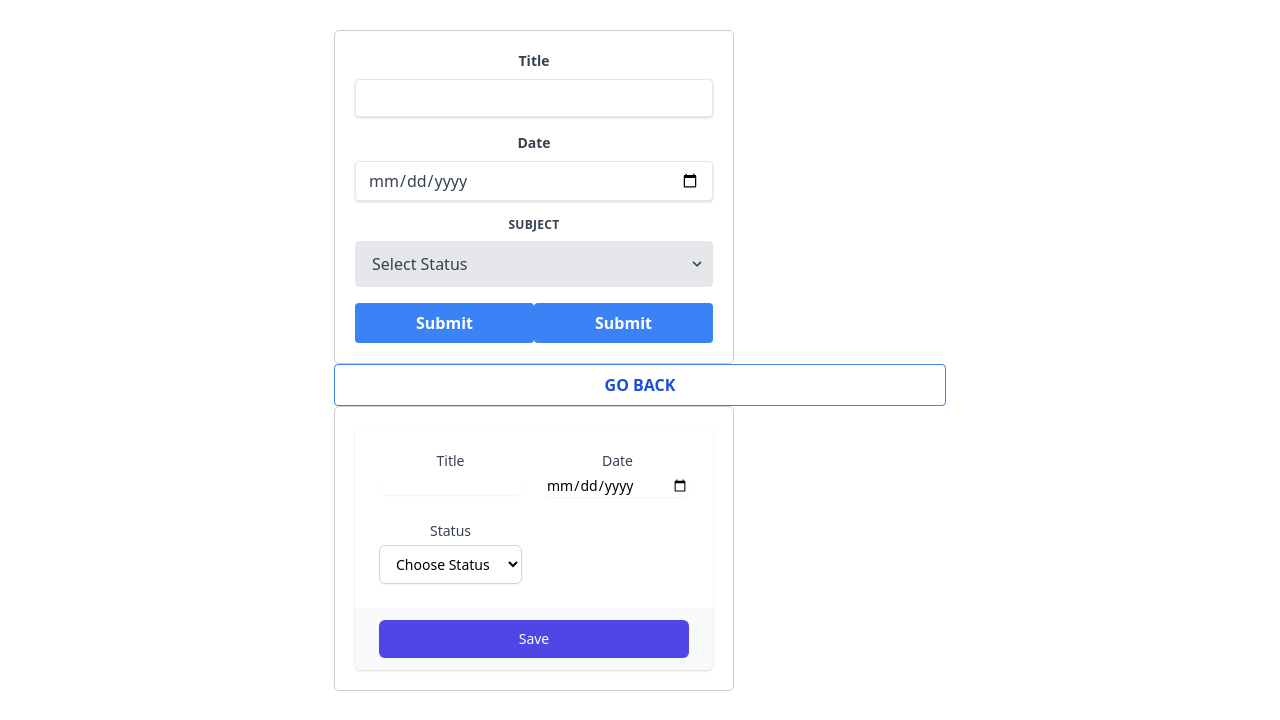
Repository: maikeru-desu/parking-lot
Page: /add (app in parking-lot-fe/)
The author's editor kept a copy of each file at every save. The page is drawn from the files as they stood at one save, then again after the next save.
The browser window is 1280 px wide. The pictures show the whole page.
The project was rebuilt for these pictures with package versions that can differ from the ones it lists, and the page was loaded fresh each time. Also part of the build but not shown: parking-lot-fe/craco.config.js, parking-lot-fe/src/pages/Home.js, parking-lot-fe/src/pages/Edit.js.

Above is the page before, as saved 2021-10-14 06:59:43.

### parking-lot-fe/src/index.js
import React from 'react';
import ReactDOM from 'react-dom';
import './index.css';
import App from './App';
import {Provider} from "react-redux";
import {BrowserRouter} from "react-router-dom";
import reportWebVitals from './reportWebVitals';
import store from './redux/store';

ReactDOM.render(
    <React.StrictMode>
        <BrowserRouter>
            <Provider store={store}>
                <App />
            </Provider>
        </BrowserRouter>
    </React.StrictMode>,
    document.getElementById('root')
);

// If you want to start measuring performance in your app, pass a function
// to log results (for example: reportWebVitals(console.log))
// or send to an analytics endpoint. Learn more: https://bit.ly/CRA-vitals
reportWebVitals();

### parking-lot-fe/src/App.js
import logo from './logo.svg';
import './App.css';
import {Switch, Route} from "react-router-dom";
import Home from './pages/Home';
import Add from './pages/Add';
import Edit from './pages/Edit';

function App() {
  return (
    <div className="App">
        <Switch>
            <Route exact path="/" component={Home} />
            <Route exact path="/add" component={Add} />
            <Route exact path="/edit/:id" component={Edit} />
        </Switch>
    </div>
  );
}

export default App;

### parking-lot-fe/src/redux/store.js
import {createStore, applyMiddleware} from "redux";
import logger from "redux-logger";
import reduxThunk from "redux-thunk";
import rootReducer from "./root-reducer";

const middlewares = [reduxThunk];

if (process.env.NODE_ENV === "development") {
    middlewares.push(logger)
}

const store = createStore(rootReducer, applyMiddleware(...middlewares));

export default store;

### parking-lot-fe/src/pages/Add.js
import React, {useState} from 'react'
import { useHistory } from 'react-router-dom';
import { useDispatch } from 'react-redux';
import { addEvent } from '../redux/actions';
import '../form.css';

const Add = () => {
    const [state, setState] = useState({
        title: "",
        date: "",
        status: ""
    });

    const [error, setError] = useState("");

    let history = useHistory();
    let dispatch = useDispatch();
    const {title, date, status} = state;

    const handleChange = (e) => {
        let {name, value} = e.target;
        console.log(value);
        setState({...state, [name]: value});
    }

    const handleSubmit = (e) => {
        e.preventDefault();
        console.log(state);
        if (!title || !date || !status) {
            setError("All fields are required");
        } else {
            dispatch(addEvent(state));
            history.push('/');
            setError("");
        }
    }
    return (
        <div>
            <form action="">
                <div className="mb-4">
                    <label className="block text-gray-700 text-sm font-bold mb-2" for="name">
                        Title
                    </label>
                    <input
                        name="title"
                        id="title"
                        value={title}
                        type={title}
                        onChange={handleChange}
                        className="shadow appearance-none border rounded w-full py-2 px-3 text-gray-700 leading-tight focus:outline-none focus:shadow-outline"
                    />
                </div>
                <div className="mb-4">
                    <label className="block text-gray-700 text-sm font-bold mb-2" for="name">
                        Date
                    </label>
                    <input
                        type="date"
                        name="date"
                        id="date"
                        value={date}
                        onChange={handleChange}
                        className="shadow appearance-none border rounded w-full py-2 px-3 text-gray-700 leading-tight focus:outline-none focus:shadow-outline"
                    />
                </div>
                <div className="mb-4">
                    <label className="block uppercase tracking-wide text-gray-700 text-xs font-bold mb-2" for="grid-state">
                        Subject
                    </label>
                    <div className="relative">
                        <select
                            id="status"
                            name="status"
                            value={status}
                            onChange={handleChange}
                            className="block appearance-none w-full bg-gray-200 border border-gray-200 text-gray-700 py-3 px-4 pr-8 rounded leading-tight focus:outline-none focus:bg-white focus:border-gray-500">
                            <option>Select Status</option>
                            <option value="0">Pending</option>
                            <option value="2">Ongoing</option>
                            <option value="1">Done</option>
                        </select>
                        <div className="pointer-events-none absolute inset-y-0 right-0 flex items-center px-2 text-gray-700">
                            <svg className="fill-current h-4 w-4" xmlns="http://www.w3.org/2000/svg" viewBox="0 0 20 20">
                                <path d="M9.293 12.95l.707.707L15.657 8l-1.414-1.414L10 10.828 5.757 6.586 4.343 8z" />
                            </svg>
                        </div>
                    </div>
                </div>
                <div className="flex items-center justify-between">
                    <button
                        className="bg-blue-500 hover:bg-blue-700 text-white font-bold py-2 px-4 rounded focus:outline-none focus:shadow-outline"
                        type="button">
                        Submit
                    </button>
                    <button
                        className="bg-blue-500 hover:bg-blue-700 text-white font-bold py-2 px-4 rounded focus:outline-none focus:shadow-outline"
                        type="button">
                        Submit
                    </button>
                </div>
            </form>

            <button onClick={ () => history.push("/") } className="bg-transparent hover:bg-blue-500 text-blue-700 font-semibold hover:text-white py-2 px-4 border border-blue-500 hover:border-transparent rounded">
                GO BACK
            </button>
            {error && <h3 className="text-red-700">{error}</h3>}
            <div className="mt-10 sm:mt-0">
                <div className="md:grid md:grid-cols-3 md:gap-6">
                    <div className="mt-5 md:mt-0 md:col-span-2">
                        <form method="POST" onSubmit={handleSubmit}>
                            <div className="shadow overflow-hidden sm:rounded-md">
                                <div className="px-4 py-5 bg-white sm:p-6">
                                    <div className="grid grid-cols-6 gap-6">
                                        <div className="col-span-6 sm:col-span-3">
                                            <label htmlFor="first-name" className="block text-sm font-medium text-gray-700">
                                                Title
                                            </label>
                                            <input
                                                name="title"
                                                id="title"
                                                value={title}
                                                type={title}
                                                onChange={handleChange}
                                                className="mt-1 focus:ring-indigo-500 focus:border-indigo-500 block w-full shadow-sm sm:text-sm border-gray-300 rounded-md"
                                            />
                                        </div>
                                        <div className="col-span-6 sm:col-span-3">
                                            <label htmlFor="last-name" className="block text-sm font-medium text-gray-700">
                                                Date
                                            </label>
                                            <input
                                                type="date"
                                                name="date"
                                                id="date"
                                                value={date}
                                                onChange={handleChange}
                                                className="mt-1 focus:ring-indigo-500 focus:border-indigo-500 block w-full shadow-sm sm:text-sm border-gray-300 rounded-md"
                                            />
                                        </div>
                                        <div className="col-span-6 sm:col-span-3">
                                            <label htmlFor="country" className="block text-sm font-medium text-gray-700">
                                                Status
                                            </label>
                                            <select
                                                id="status"
                                                name="status"
                                                value={status}
                                                onChange={handleChange}
                                                className="mt-1 block w-full py-2 px-3 border border-gray-300 bg-white rounded-md shadow-sm focus:outline-none focus:ring-indigo-500 focus:border-indigo-500 sm:text-sm"
                                            >
                                                <option>Choose Status</option>
                                                <option value="0">Pending</option>
                                                <option value="2">Ongoing</option>
                                                <option value="1">Done</option>
                                            </select>
                                        </div>
                                    </div>
                                </div>
                                <div className="px-4 py-3 bg-gray-50 text-right sm:px-6">
                                    <button
                                        type="submit"
                                        className="inline-flex justify-center py-2 px-4 border border-transparent shadow-sm text-sm font-medium rounded-md text-white bg-indigo-600 hover:bg-indigo-700 focus:outline-none focus:ring-2 focus:ring-offset-2 focus:ring-indigo-500"
                                    >
                                        Save
                                    </button>
                                </div>
                            </div>
                        </form>
                    </div>
                </div>
            </div>
        </div>
    )
}

export default Add

### parking-lot-fe/src/redux/root-reducer.js
import {combineReducers} from "redux";
import eventsReducers from "./reducer";

const rootReducer = combineReducers({
    events: eventsReducers
});

export default rootReducer;

### parking-lot-fe/src/redux/actions.js
import * as types from "./actionType";
import axios from "axios";

const getEvents = (events) => ({
    type: types.GET_EVENTS,
    payload: events
});

const eventDeleted = () => ({
    type: types.DELETE_EVENT
});

const eventAdded = () => ({
    type: types.ADD_EVENT
});

const eventFetched = (event) => ({
    type: types.GET_EVENT,
    payload: event,
});

const eventUpdated = () => ({
    type: types.UPDATE_EVENT
});

export const loadEvents = () => {
    return function (dispatch) {
        axios.get(`${process.env.REACT_APP_API}`).then((resp) => {
            // console.log("resp", resp);
            dispatch(getEvents(resp.data));
        })
        .catch((error) => console.log(error));
    };
};

export const deleteEvent = (id) => {
    return function (dispatch) {
        axios.delete(`${process.env.REACT_APP_API}/${id}`).then((resp) => {
            console.log("resp", resp);
            dispatch(eventDeleted());
            dispatch(loadEvents());
        })
        .catch((error) => console.log(error));
    };
};

export const addEvent = (user) => {
    return function (dispatch) {
        axios.post(`${process.env.REACT_APP_API}`, user).then((resp) => {
            console.log("resp", resp);
            dispatch(eventAdded());
            dispatch(loadEvents());
        })
        .catch((error) => console.log(error));
    };
};

export const getEvent = (id) => {
    return function (dispatch) {
        axios.get(`${process.env.REACT_APP_API}/${id}`).then((resp) => {
            console.log("resp", resp);
            dispatch(eventFetched(resp.data));
        })
        .catch((error) => console.log(error));
    };
};

export const updateEvent = (user, id) => {
    return function (dispatch) {
        axios.put(`${process.env.REACT_APP_API}/${id}`, user).then((resp) => {
            console.log("resp", resp);
            dispatch(eventUpdated());
        })
            .catch((error) => console.log(error));
    };
};

### parking-lot-fe/src/form.css
html, body {
  height: 100%
}

body {
  display: flex;
  justify-content: center;
  align-items: center;
}

form {
  padding: 20px;
  border: 1px solid #ccc;
  border-radius: 5px;
  width: 400px;
}

button {
  width: 100%
}

### parking-lot-fe/src/redux/reducer.js
import * as types from "./actionType";

const initialState = {
    events: [],
    event: {},
    loading: true
}

const eventsReducers = (state = initialState, action) => {
    switch (action.type) {
        case types.GET_EVENTS:
            return {
                ...state,
                events: action.payload,
                loading: false,
            };
        case types.DELETE_EVENT:
        case types.ADD_EVENT:
        case types.UPDATE_EVENT:
            return {
                ...state,
                loading: false,
            }
        case types.GET_EVENT:
            return {
                ...state,
                event: action.payload,
                loading: false,
            };
        default:
            return state;
    }
}

export default eventsReducers;

### parking-lot-fe/src/redux/actionType.js
export const GET_EVENTS = "GET_EVENTS";
export const DELETE_EVENT = "DELETE_EVENT";
export const ADD_EVENT = "ADD_EVENT";
export const GET_EVENT = "GET_EVENT";
export const UPDATE_EVENT = "UPDATE_EVENT";

Loaded but not shown: parking-lot-fe/src/index.css (common file); parking-lot-fe/src/reportWebVitals.js (common file); parking-lot-fe/src/App.css (common file); parking-lot-fe/tailwind.config.js (common file)

After the next save:
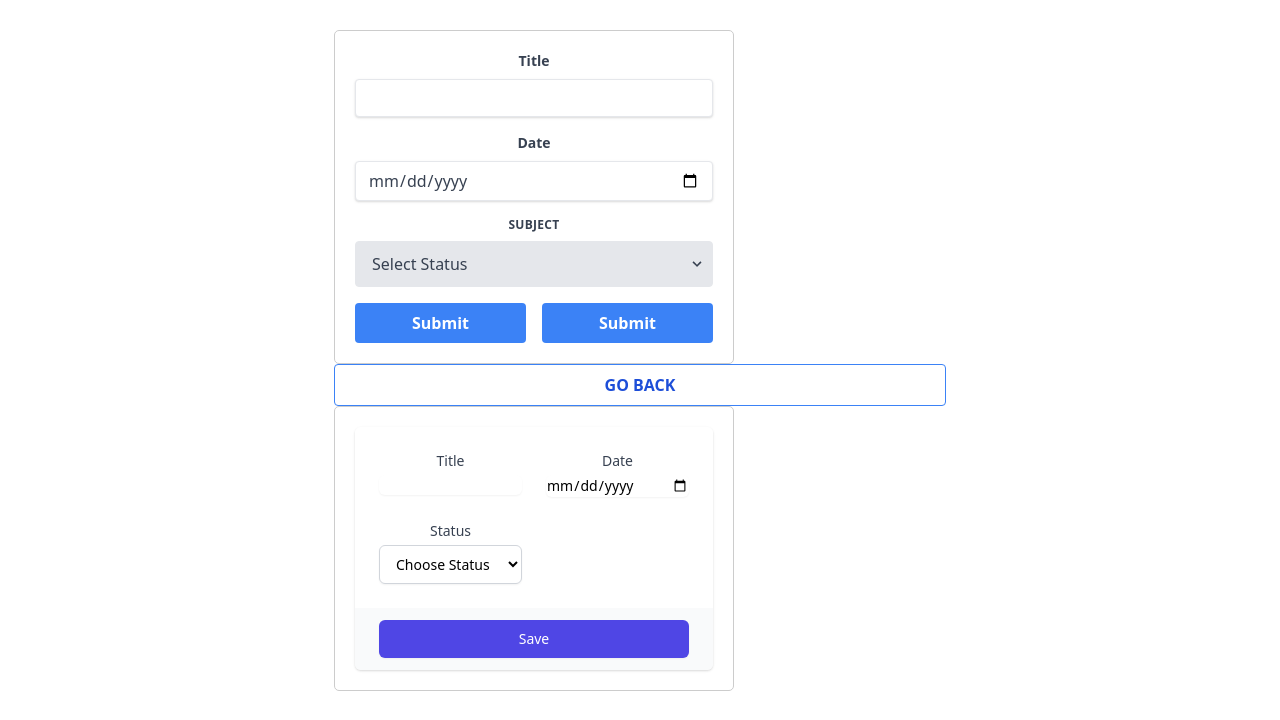
Saved 25 s later.
--- a/parking-lot-fe/src/pages/Add.js
+++ b/parking-lot-fe/src/pages/Add.js
@@ -93,7 +93,7 @@ const Add = () => {
                         Submit
                     </button>
                     <button
-                        className="bg-blue-500 hover:bg-blue-700 text-white font-bold py-2 px-4 rounded focus:outline-none focus:shadow-outline"
+                        className="ml-4 bg-blue-500 hover:bg-blue-700 text-white font-bold py-2 px-4 rounded focus:outline-none focus:shadow-outline"
                         type="button">
                         Submit
                     </button>
